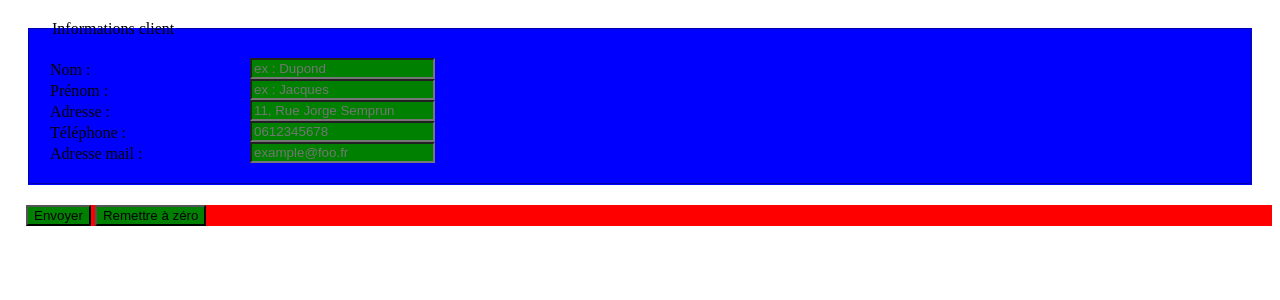
Repository: big73/NFE114
Page: http://localhost/Seance4-step1/
An editor plug-in stored every save of this project. The page is shown before and after the next save, followed by the edit.
The browser window is 1280 px wide. The pictures show the whole page.
The page is served by Tomcat 9. Other server files are loaded and not shown.

Above is the page before, as saved 2015-12-30 14:56:23.

### Seance4-step1/WebContent/formClient.jsp
<%@ page language="java" contentType="text/html; charset=UTF-8"
    pageEncoding="UTF-8"%>
<!DOCTYPE html PUBLIC "-//W3C//DTD HTML 4.01 Transitional//EN" "http://www.w3.org/TR/html4/loose.dtd">
<html>
<head>
<meta http-equiv="Content-Type" content="text/html; charset=UTF-8">
<title>Insert title here</title>
<link rel="stylesheet" href="css/style.css">
</head>
<body>

	<form>
		<fieldset>
		<legend>Informations client</legend>

			<label>Nom : </label>
			<input class="saisie" type="text" placeholder="ex : Dupond" name="nom"><br>

			<label>Prénom : </label>
			<input class="saisie" type="text" placeholder="ex : Jacques" name="prenom"><br>

			<label>Adresse : </label>
			<input class="saisie" type="text" placeholder="11, Rue Jorge Semprun" name="adresse"><br>

			<label>Téléphone : </label>
			<input class="saisie" type="text" placeholder="0612345678" name="phone"><br>

			<label>Adresse mail : </label>
			<input class="saisie" type="email" placeholder="example@foo.fr" name="mail"><br>

		</fieldset>

		<div class="actionneur">
			<input type="submit" value="Envoyer">
			<input type="reset" value="Remettre à zéro">
		</div>
	</form>

</body>
</html>

### Seance4-step1/WebContent/WEB-INF/taglibs.jsp
<%@ page language="java" contentType="text/html; charset=UTF-8" pageEncoding="UTF-8"%>
<%@ taglib uri="http://java.sun.com/jsp/jstl/core" prefix="c" %>
<%@ taglib uri="http://java.sun.com/jsp/jstl/functions" prefix="fn" %>
<!DOCTYPE html PUBLIC "-//W3C//DTD HTML 4.01 Transitional//EN" "http://www.w3.org/TR/html4/loose.dtd">
<html>
<head>
<meta http-equiv="Content-Type" content="text/html; charset=UTF-8">
<title>Taglibs Repo</title>
</head>
<body>

</body>
</html>

### Seance4-step1/WebContent/css/style.css
.actionneur
{
	margin-left : 18px;
	background-color: red;
}

fieldset {
    border-color: blue;
    margin : 20px;
    padding : 20px;
    background-color: blue;
}

input
{

    background-color: green;
}

form label {

    float: left;

    width: 200px;

    margin: 3px 0px 0px 0px;

}

After the next save:
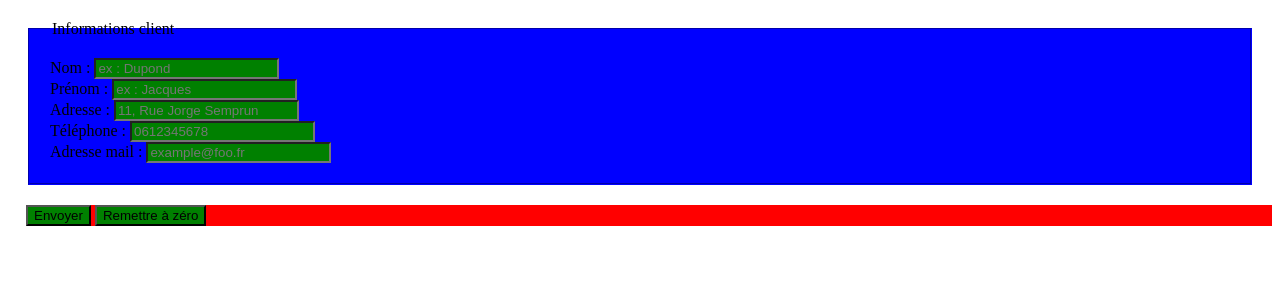
Saved 76 s later.
--- a/Seance4-step1/WebContent/css/style.css
+++ b/Seance4-step1/WebContent/css/style.css
@@ -19,10 +19,9 @@ input
 
 form label {
 
-    float: left;
+
 
     width: 200px;
 
-    margin: 3px 0px 0px 0px;
 
 }
